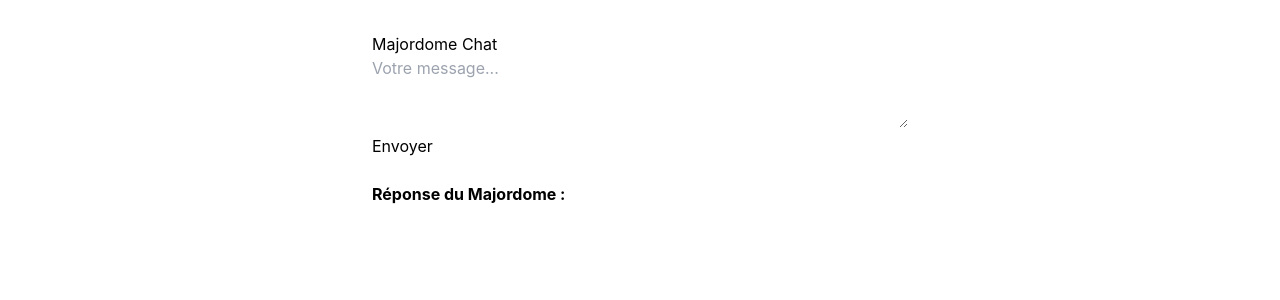
Repository: LeLoustique/majordome-front
Page: /
These files come from the project's save history. The page is drawn as it stood at one moment and after the next save; the edit follows.
The browser window is 1280 px wide. The pictures show the whole page.
The project was rebuilt for these pictures with package versions that can differ from the ones it lists, and the page was loaded fresh each time.

Above is the page before, as saved 2025-06-13 14:12:56.

### src/App.js
import React, { useState } from "react";
import { sendMessageToChatController } from "./api";

function App() {
  const [message, setMessage] = useState("");
  const [response, setResponse] = useState("");
  const [loading, setLoading] = useState(false);

  const handleSend = async () => {
    setLoading(true);
    try {
      const data = await sendMessageToChatController(message);
      setResponse(data);
    } catch (error) {
      setResponse("Erreur : " + error.message);
    }
    setLoading(false);
  };

  return (
    <div style={{ maxWidth: 600, margin: "auto", padding: 32 }}>
      <h1>Majordome Chat</h1>
      <textarea
        rows={3}
        style={{ width: "100%" }}
        placeholder="Votre message..."
        value={message}
        onChange={e => setMessage(e.target.value)}
      />
      <br />
      <button onClick={handleSend} disabled={loading || !message}>
        Envoyer
      </button>
      <div style={{ marginTop: 24 }}>
        <strong>Réponse du Majordome :</strong>
        <div style={{ whiteSpace: "pre-wrap", marginTop: 8 }}>{response}</div>
      </div>
    </div>
  );
}

export default App;

### src/api.js
const BACKEND_URL = "https://sping-ai-majordome.onrender.com";
//const BACKEND_URL = "http://localhost:8080";

export async function sendMessageToChatController(message) {
  const response = await fetch(`${BACKEND_URL}/api/chat`, {
    method: "POST",
    headers: {
      "Content-Type": "text/plain"
    },
    body: message
  });

  if (!response.ok) {
    throw new Error("Erreur lors de la communication avec le backend");
  }

  return response.text();
}

Loaded but not shown: public/index.html (common file); src/index.js (common file); src/index.css (common file); src/reportWebVitals.js (common file); tailwind.config.js (common file)

After the next save:
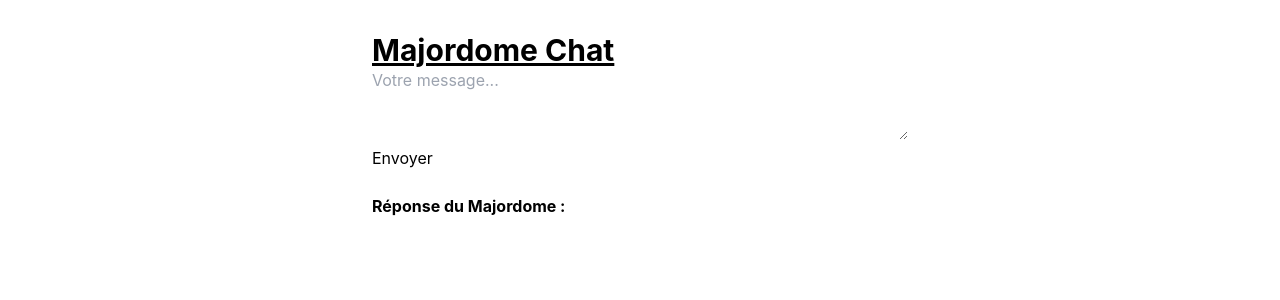
Saved 37 s later.
--- a/src/App.js
+++ b/src/App.js
@@ -19,7 +19,7 @@ function App() {
 
   return (
     <div style={{ maxWidth: 600, margin: "auto", padding: 32 }}>
-      <h1>Majordome Chat</h1>
+      <h1 className="text-3xl font-bold underline" >Majordome Chat</h1>
       <textarea
         rows={3}
         style={{ width: "100%" }}
